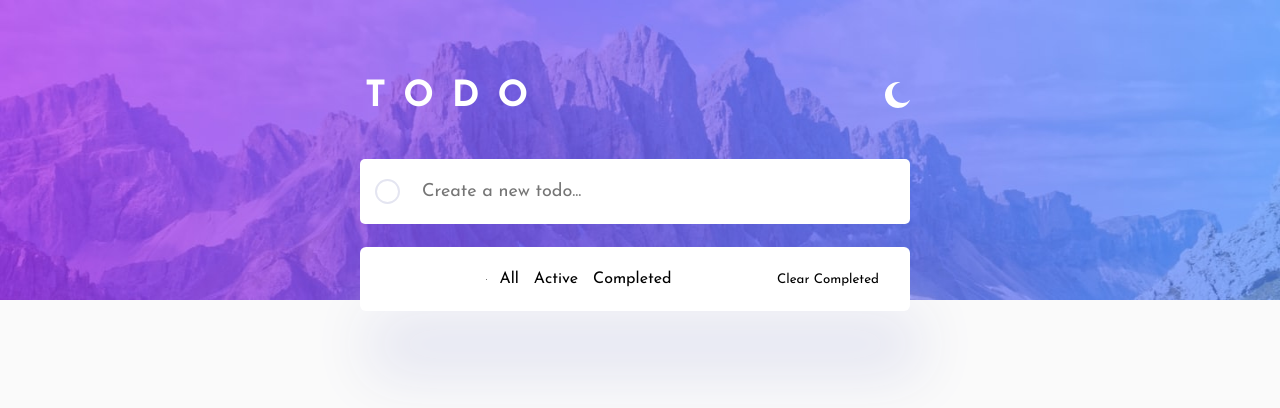
Repository: Haviles04/todoapp
Page: /
These files come from the project's save history. The page is drawn as it stood at one moment and after a run of saves; the edit follows.
The browser window is 1280 px wide. The pictures show the whole page.
The project was rebuilt for these pictures with package versions that can differ from the ones it lists, and the page was loaded fresh each time.

Above is the page before, as saved 2022-10-22 10:46:20.

### public/index.html
<!DOCTYPE html>
<html lang="en">
  <head>
    <meta charset="utf-8" />
    <meta name="viewport" content="width=device-width, initial-scale=1" />
    <meta name="theme-color" content="#000000" />
    <meta
      name="description"
      content="Web site created using create-react-app"
    />

    <title>Todo App</title>
  </head>
  <body>

    <div id="root"></div>

  </body>
</html>

### src/App.js
import React, { useState } from "react";
import "./App.css";
import TaskForm from "./components/taskForm/TaskForm";
import TaskList from "./components/taskList/TaskList";
import Header from "./components/header/Header";

let todoNumber = 0;

function App() {
  const [todo, setTodo] = useState("");
  const [todoList, setTodoList] = useState([]);

  function onChange(e) {
    setTodo(e.target.value);
  }

  function handleClick(e) {
    e.preventDefault();

    const newTodo = {
      text: todo,
      complete: false,
      id: (todoNumber += 1),
    };

    setTodo("");
    setTodoList([...todoList].concat(newTodo));
    document.getElementById("taskInput").value = "";
  }

  console.log(todoList);

  return (
    <div className="App">
      <Header />
      <TaskForm onChange={onChange} handleClick={handleClick} todo={todo} />
      <TaskList setTodoList={setTodoList} todoList={todoList}  />
    </div>
  );
}

export default App;

### src/App.css
@import url('https://fonts.googleapis.com/css2?family=Josefin+Sans:wght@400;700&display=swap');


body, html{
    width: 100vw;
    height: auto;
    margin: 0;
    font-family: 'Josefin Sans', sans-serif;
    font-size: 18px;
    display: flex;
    justify-content: center;
    background-image: url('./assests/bg-desktop-light.jpg');
    background-repeat: no-repeat;
    background-size: 100% 300px;
    background-color: hsl(0, 0%, 98%);
}

.circleBtn{
    width:25px;
    height: 25px;
    border-radius: 50%;
    border:2px solid hsl(236, 33%, 92%);
    background-color: transparent;
    margin-left: 15px;
}

.circleBtn:hover{
    cursor: pointer;
    background:linear-gradient(hsl(192, 100%, 67%), hsl(280, 87%, 65%));
}

### src/components/taskForm/TaskForm.jsx
import React from "react";
import "./taskForm.css";

function TaskForm(props) {
  return (
    <div className="inputContainer">
      <form onSubmit={props.handleClick}>
        <button id="taskBtn" className="circleBtn" type="submit"></button>
        <input
          id="taskInput"
          className="taskInput"
          type="text"
          placeholder="Create a new todo..."
          onChange={props.onChange}
        ></input>
      </form>
    </div>
  );
}

export default TaskForm;

### src/components/taskList/TaskList.jsx
import React from "react";
import "./taskList.css";

function TaskList(props) {
  // Checks to see how many items are on the list, and makes "item" plural
  let plural = "";
  function pluralize() {
    let countOverOne = props.todoList.filter((todo) => !todo.complete).length;
    if (countOverOne > 1 || countOverOne < 1) {
      plural = `${countOverOne} items left`;
    } else {
      plural = `${countOverOne} item left`;
    }
    return plural;
  }

  function completeTask(id) {
    props.todoList.map((todo) => {
      if (todo.id === id) {
        todo.complete = !todo.complete;
      }
      return props.todoList;
    });
  }

  return (
    <div className="taskDisplay">
      {props.todoList.map((todo) => (
        <div key={todo.id} className="todoList">
          <label>
            <input
              type="checkbox"
              name={`checkID${todo.id}`}
              onClick={() => completeTask(todo.id)}
              className="checkComplete"
            ></input>
            <span className="checkboxSpan" />
            <span className="todoText">{todo.text}</span>
          </label>
        </div>
      ))}

      <div className="completedActiveOptions">
        <span className="todoCount">{plural}</span>
        <form>
          <input
            id="all"
            type="radio"
            name="completeActiveAll"
            className="completeActiveAll"
          />
          <label className="todoStatusLabel" for="all">
            All
          </label>
          <input
            id="active"
            type="radio"
            name="completeActiveAll"
            className="completeActiveAll"
          />
          <label className="todoStatusLabel" for="active">
            Active
          </label>
          <input
            id="completed"
            type="radio"
            name="completeActiveAll"
            className="completeActiveAll"
          />
          <label className="todoStatusLabel" for="completed">
            Completed
          </label>
        </form>
        <button className="clearComplete">Clear Completed</button>
      </div>
    </div>
  );
}

export default TaskList;

### src/components/header/Header.jsx
import React from 'react'
import './header.css'


function Header() {
  return (
    <div id="header" className='header'>

        <h1>TODO</h1>
        <button className='modeToggle'></button>

    </div>
  )
}

export default Header

### src/components/taskForm/taskForm.css
.inputContainer{
    height: 65px;
    width: 550px;
    background-color: white;
    border-radius: 5px;
    display: flex;
    justify-content: space-between;
    align-items: center;
    margin-top: 15px;
}

form{
    display:flex;
    align-items: center;
}

.taskInput{
    width: 450px;
    height: 30px;
    margin-left: 20px;
    font-family: 'Josefin Sans', sans-serif;
    border: 0;
    outline: none;
    font-size: 18px;
}

### src/components/taskList/taskList.css
.taskDisplay {
  margin-top: 23px;
  width: 550px;
  height: auto;
  background-color: white;
  border-radius: 6px;
  box-shadow: 10px 65px 60px hsl(236, 33%, 92%);
}

.todoList {
  min-width: 450px;
  height: 64px;
  display: flex;
  align-items: center;
  font-family: "Josefin Sans", sans-serif;
  border: 0;
  outline: none;
  font-size: 18px;
  box-sizing: border-box;
  border-bottom: 1px solid hsl(236, 33%, 92%);
}

.checkComplete {
  position: absolute;
  width: 1px;
  height: 1px;
  margin: -1px;
}

.taskDisplay label {
  display: flex;
  align-items: center;
  gap: 8px;
}

.checkComplete:checked + .todoText {
  text-decoration: line-through;
  color: hsl(0, 0%, 98%);
}

.checkComplete:checked + .checkboxSpan {
  background-repeat: no-repeat;
  background-image: url(../../assests/icon-check.svg),
    linear-gradient(hsl(192, 100%, 67%), hsl(280, 87%, 65%));
  background-position: center;
}

.checkboxSpan {
  display: inline-block;
  height: 20px;
  width: 20px;
  border-radius: 50%;
  border: 2px solid hsl(236, 33%, 92%);
  margin-left: 15px;
  margin-right: 15px;
}

.checkboxSpan:hover{
    cursor: pointer;
}

.todoText:hover{
    cursor: pointer;
}

.completedActiveOptions{
    height: 64px;
    display: flex;
    align-items: center;
    justify-content: space-between;
    font-size: 16px;
}

.todoCount {
    margin-left: 25px;
}

.completeActiveAll{
    position: absolute;
    width: 1px;
    height: 1px;
    margin: 1px;
}

.todoStatusLabel{
    margin-left: 15px;
}

.todoStatusLabel:hover{
    color: hsl(220, 98%, 61%);
    cursor: pointer;
}

.completeActiveAll:checked + .todoStatusLabel{
    color: hsl(220, 98%, 61%);
}

.clearComplete{
    background-color: transparent;
    border: none;
    font-family:"Josefin Sans", sans-serif; ;
    margin-right:25px;
}

.clearComplete:hover{
    cursor: pointer;
    color: hsl(220, 98%, 61%);
}

### src/components/header/header.css
.header{
    padding: 5px;
    width: 550px;
    margin-top: 50px;
    display: flex;
    justify-content: space-between;
    align-items: center;
}

.modeToggle{
    background-image: url('../../assests/icon-moon.svg');
    height: 30px;
    width: 30px;
    border: none;
    background-color: transparent;
    background-repeat: no-repeat;
}

.modeToggle:hover{
    cursor: pointer;
}

.header h1{
    color: white;
    letter-spacing: 1rem;
}

Loaded but not shown: src/index.js (common file)

After the next 2 saves:
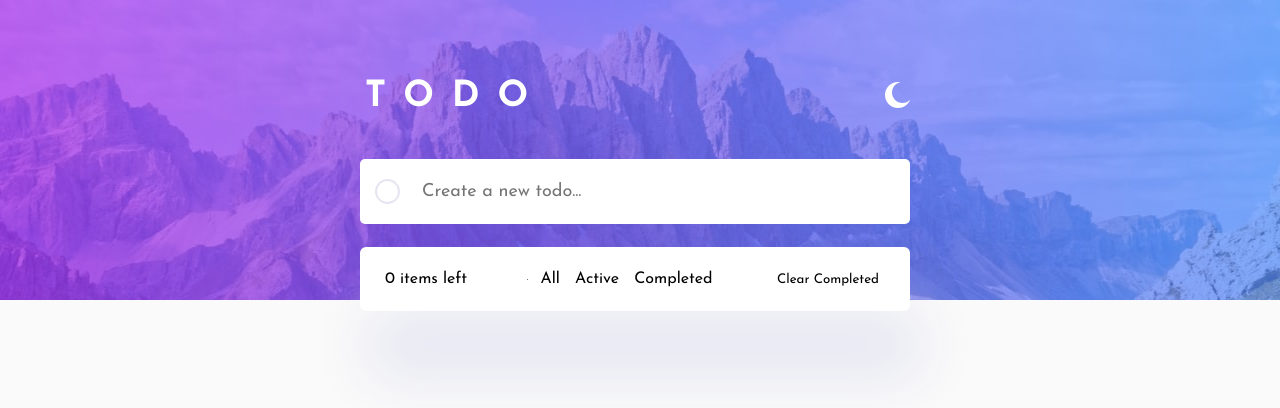
The 2 saves are shown as one change because they came seconds apart.
The last was saved 8 s later.
--- a/src/components/taskList/TaskList.jsx
+++ b/src/components/taskList/TaskList.jsx
@@ -41,7 +41,7 @@
       ))}
 
       <div className="completedActiveOptions">
-        <span className="todoCount">{plural}</span>
+        <span className="todoCount">{pluralize()}</span>
         <form>
           <input
             id="all"

After the 3 saves that followed:
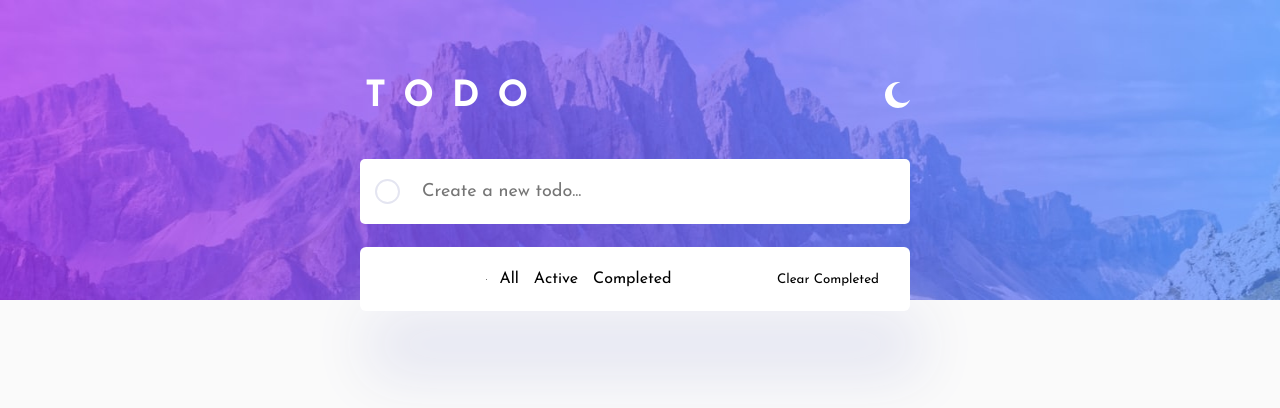
The 3 saves are shown as one change because 2 left the picture as it was.
The last was saved 58 s later.
--- a/src/components/taskList/TaskList.jsx
+++ b/src/components/taskList/TaskList.jsx
@@ -19,6 +19,7 @@
       if (todo.id === id) {
         todo.complete = !todo.complete;
       }
+      pluralize();
       return props.todoList;
     });
   }
@@ -30,6 +31,7 @@
           <label>
             <input
               type="checkbox"
+              display="hidden"
               name={`checkID${todo.id}`}
               onClick={() => completeTask(todo.id)}
               className="checkComplete"
@@ -41,7 +43,7 @@
       ))}
 
       <div className="completedActiveOptions">
-        <span className="todoCount">{pluralize()}</span>
+        <span className="todoCount">{plural}</span>
         <form>
           <input
             id="all"
